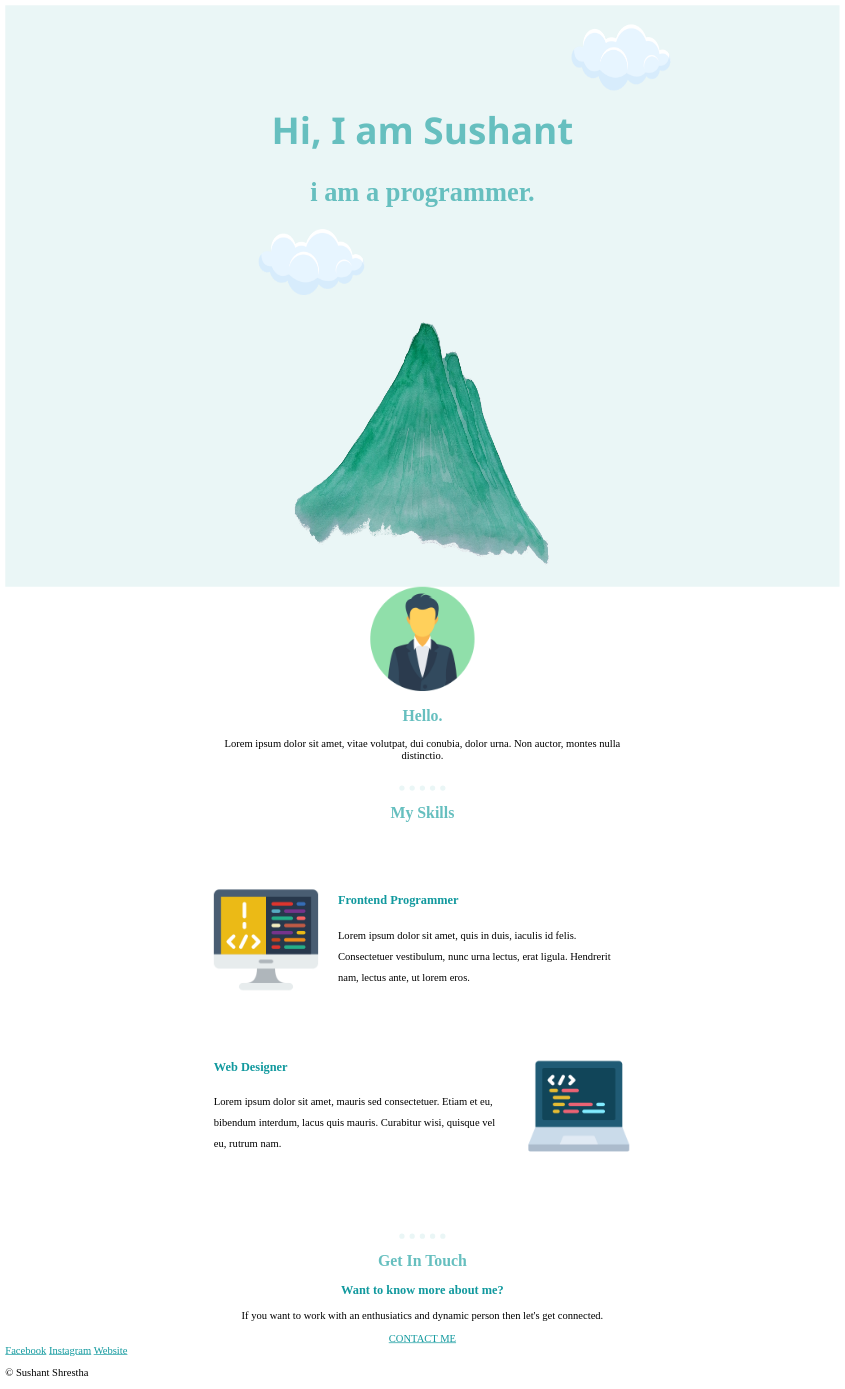
Repository: Sushant203/myPersonalSite
Page: index.html
An editor plug-in stored every save of this project. The page is shown before and after the next save, followed by the edit.
The browser window is 1280 px wide. The pictures show the whole page, at 66% of full size.

Above is the page before, as saved 2022-12-13 19:13:52.

After the next save:
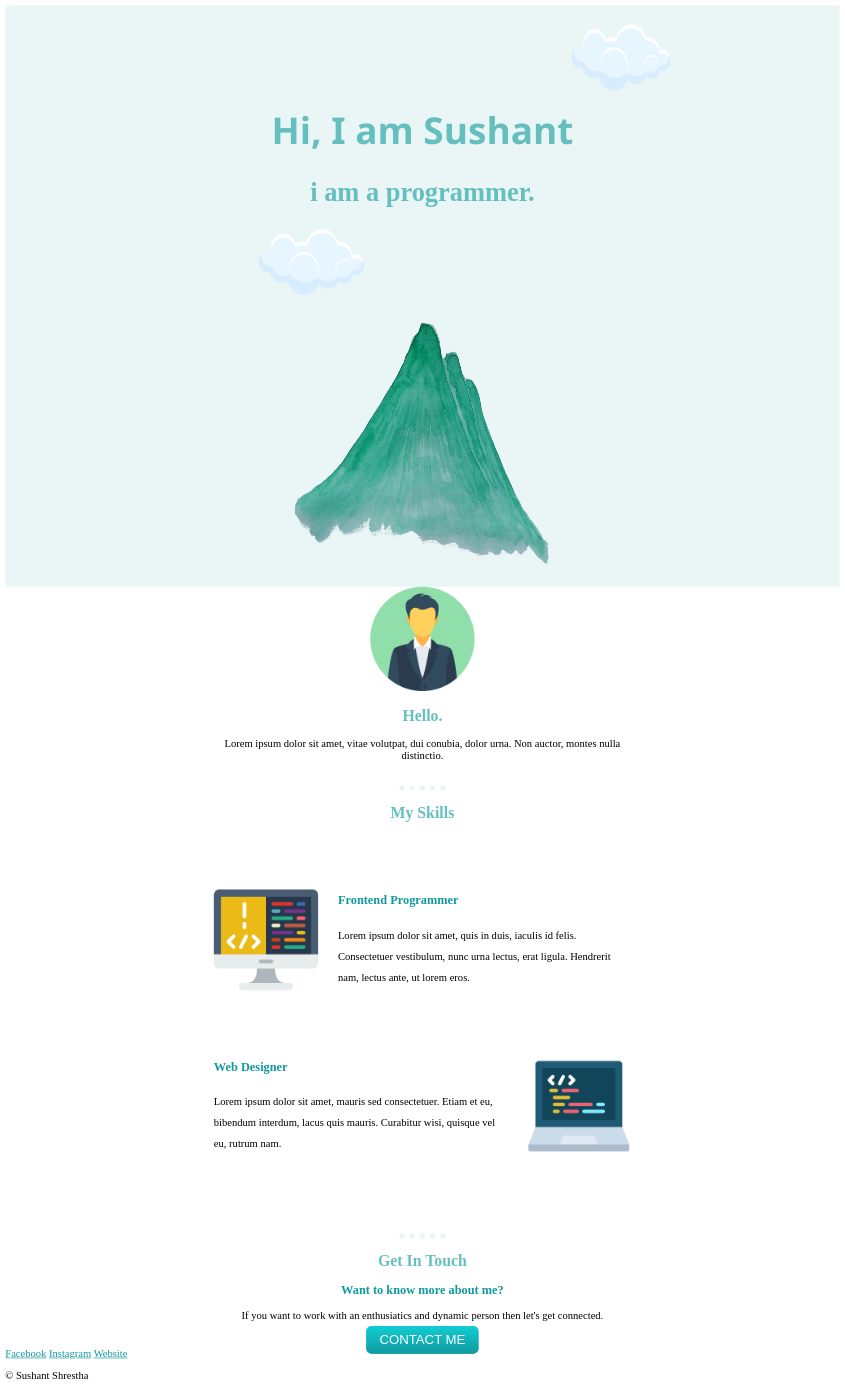
Saved 12 s later.
--- a/css/style.css
+++ b/css/style.css
@@ -119,7 +119,7 @@ hr{
 }
 
 /* BUTTON CSS */
-btn {
+.btn {
     background: #11cdd4;
     background-image: -webkit-linear-gradient(top, #11cdd4, #11999e);
     background-image: -moz-linear-gradient(top, #11cdd4, #11999e);
